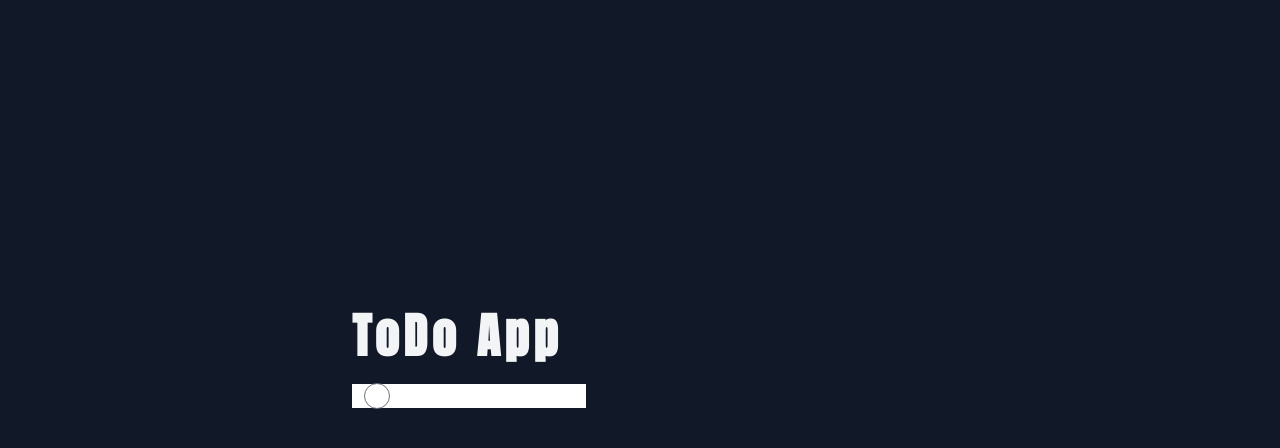
Repository: mvbri/app-todo-fullstack
Page: /
An editor plug-in stored every save of this project. The page is shown before and after the next save, followed by the edit.
The browser window is 1280 px wide. The pictures show the whole page.
The project was rebuilt for these pictures with package versions that can differ from the ones it lists, and the page was loaded fresh each time. Also part of the build but not shown: src/App.css.

Above is the page before, as saved 2023-04-09 12:29:34.

### public/index.html
<!DOCTYPE html>
<html lang="en">
	<head>
		<meta charset="utf-8" />
		<link rel="icon" href="%PUBLIC_URL%/favicon.ico" />
		<meta name="viewport" content="width=device-width, initial-scale=1" />
		<meta name="theme-color" content="#000000" />
		<meta
			name="description"
			content="Web site created using create-react-app"
		/>
		<link rel="apple-touch-icon" href="%PUBLIC_URL%/logo192.png" />
		<!--
      manifest.json provides metadata used when your web app is installed on a
      user's mobile device or desktop. See https://developers.google.com/web/fundamentals/web-app-manifest/
    -->
		<link rel="manifest" href="%PUBLIC_URL%/manifest.json" />
		<!--
      Notice the use of %PUBLIC_URL% in the tags above.
      It will be replaced with the URL of the `public` folder during the build.
      Only files inside the `public` folder can be referenced from the HTML.

      Unlike "/favicon.ico" or "favicon.ico", "%PUBLIC_URL%/favicon.ico" will
      work correctly both with client-side routing and a non-root public URL.
      Learn how to configure a non-root public URL by running `npm run build`.
    -->
		<link rel="preconnect" href="https://fonts.googleapis.com" />
		<link rel="preconnect" href="https://fonts.gstatic.com" crossorigin />
		<link
			href="https://fonts.googleapis.com/css2?family=Anton&family=Inter&display=swap"
			rel="stylesheet"
		/>
		<title>React App</title>
	</head>
	<body>
		<noscript>You need to enable JavaScript to run this app.</noscript>
		<div id="root"></div>
		<!--
      This HTML file is a template.
      If you open it directly in the browser, you will see an empty page.

      You can add webfonts, meta tags, or analytics to this file.
      The build step will place the bundled scripts into the <body> tag.

      To begin the development, run `npm start` or `yarn start`.
      To create a production bundle, use `npm run build` or `yarn build`.
    -->
	</body>
</html>

### src/App.js
import './App.css';
import Title from './components/Title';
import TodoInput from './components/TodoInput';

function App() {
	return (
		<div className='bg-gray-900 min-h-screen h-ful text-gray-100 flex items-center justify-center py-20 px-5'>
			<div className='container flex flex-col max-w-xl'>
				<Title />
				<TodoInput></TodoInput>
			</div>
		</div>
	);
}

export default App;

### src/components/Title.js
import React from 'react';

function Title() {
	return (
		<h1 className='text-5xl font-anton font-bold tracking-widest'>ToDo App</h1>
	);
}

export default Title;

### src/components/TodoInput.js
import React from 'react';

function TodoInput() {
	return (
		<div className='mt-6 relative'>
			<div className='absolute inset-y-0 left-0 pl-3 flex items-center pointer-events-none'>
				<span className='border border-gray-500 border-solid p-3 rounded-full'></span>
			</div>
			<input
				type='text'
				className='focus:shadow-lg font-inter focus:shadow-blue-800'
			></input>
		</div>
	);
}

export default TodoInput;

### tailwind.config.js
/** @type {import('tailwindcss').Config} */
module.exports = {
	content: ['./src/**/*.{js,jsx,ts,tsx}'],
	theme: {
		extend: {
			fontFamily: {
				anton: "'Anton', serif",
				inter: "'Inter', serif",
			},
		},
	},
	plugins: [],
};

Loaded but not shown: src/index.js (common file); src/index.css (common file); src/reportWebVitals.js (common file)

After the next save:
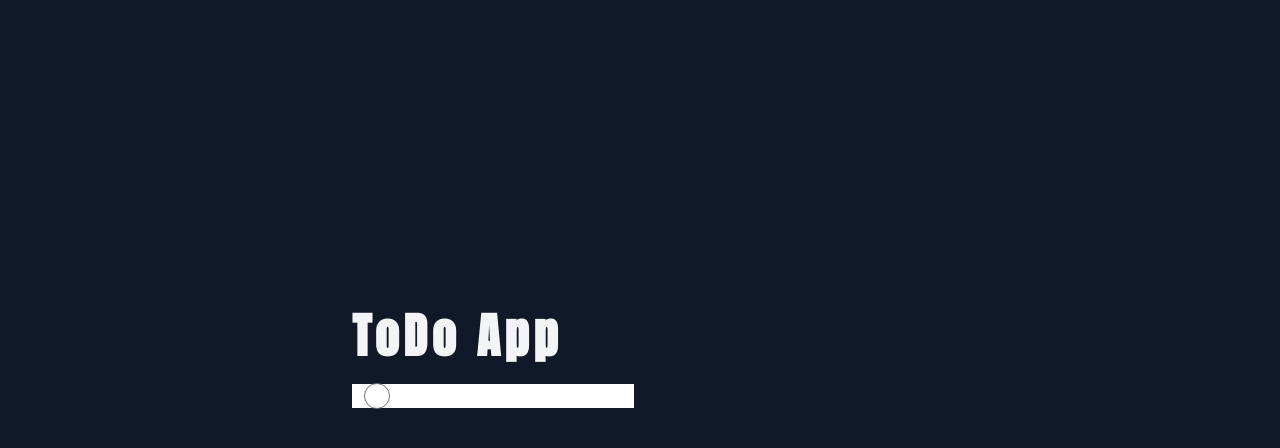
Saved 7 s later.
--- a/src/components/TodoInput.js
+++ b/src/components/TodoInput.js
@@ -8,7 +8,7 @@ function TodoInput() {
 			</div>
 			<input
 				type='text'
-				className='focus:shadow-lg font-inter focus:shadow-blue-800'
+				className='focus:shadow-lg font-inter focus:shadow-blue-800 pl-12'
 			></input>
 		</div>
 	);
